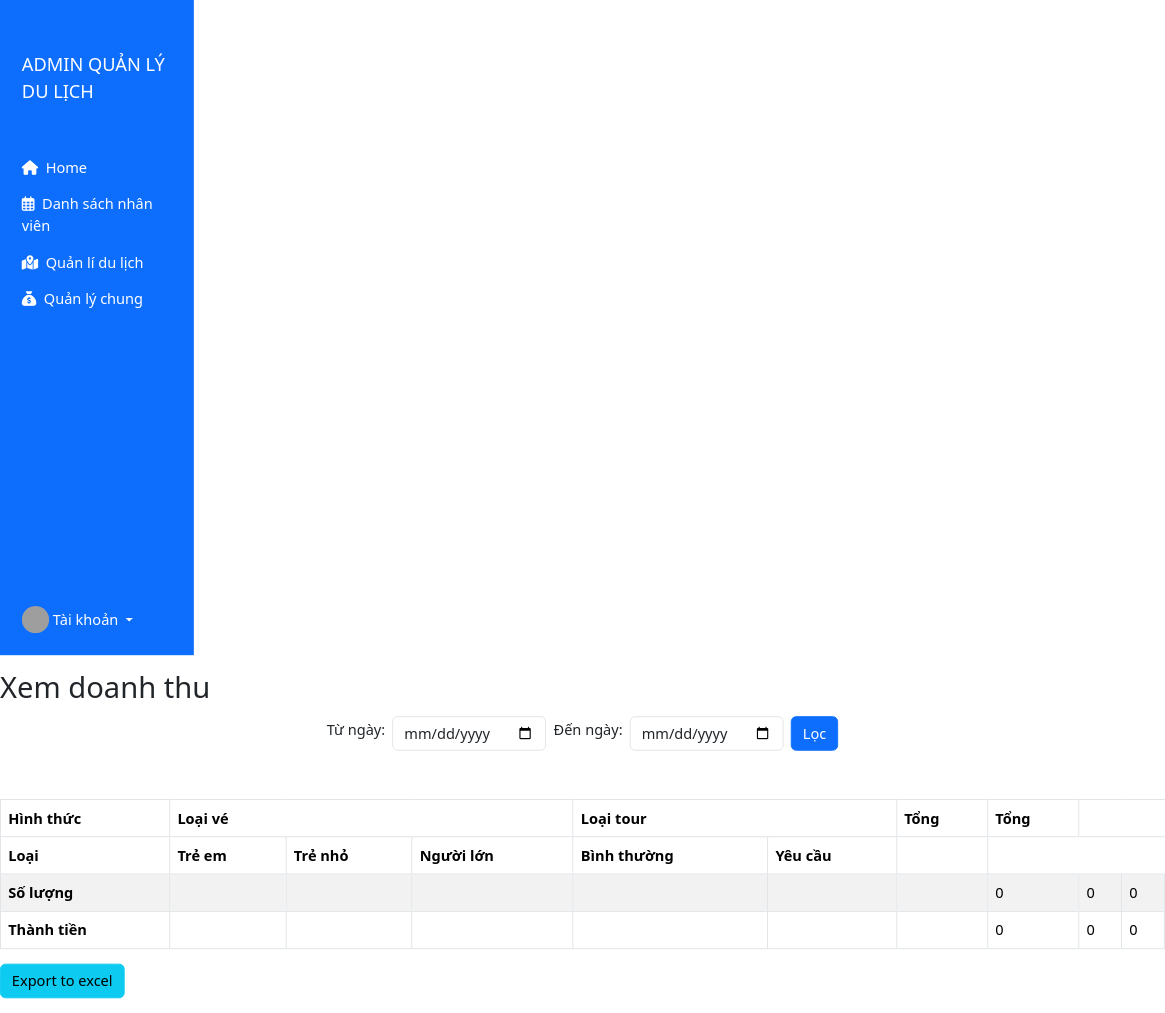
Repository: vantohuu/BOOKINGTOUR
Page: http://localhost/BOOKINGTOUR/WEB-INF/views/doanhthu/doanhthu.jsp
The author's editor kept a copy of each file at every save. The page is drawn from the files as they stood at one save, then again after the next save.
The browser window is 1280 px wide. The pictures show the whole page, at 91% of full size.
Pictures or frames that could not be fetched are drawn as grey boxes. Some web libraries are served in a nearby version. The page is served by Tomcat 9. Nobody is signed in. The template is opened directly, without the code that normally fills it, so the values that code supplies are empty.

Above is the page before, as saved 2023-06-05 21:16:14.
Console error: ReferenceError: $ is not defined

After the next save:
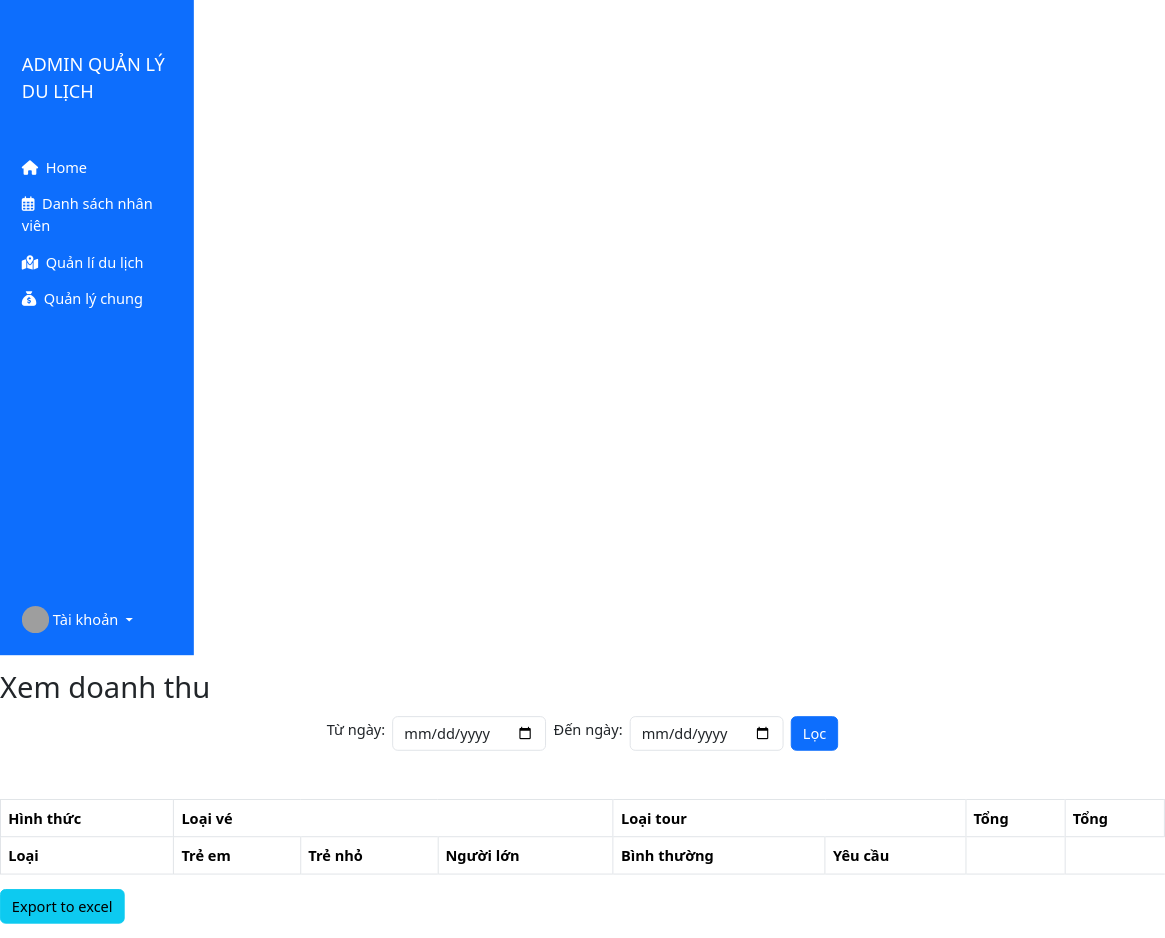
Saved 11 s later.
--- a/BOOKINGTOUR/src/main/webapp/WEB-INF/views/doanhthu/doanhthu.jsp
+++ b/BOOKINGTOUR/src/main/webapp/WEB-INF/views/doanhthu/doanhthu.jsp
@@ -55,7 +55,7 @@
 
 						</tr>
 					</thead>
-					<tbody>
+					<%-- <tbody>
 						<tr>
 							<th scope="row">Số lượng</th>
 							<td>${c_ga_ngay}</td>
@@ -80,7 +80,7 @@
 							<td>${s_ga_ngay + s_ga_dem + s_ga_thang}</td>
 							<td>${s_so_ngay + s_so_dem + s_so_thang + s_ga_ngay + s_ga_dem + s_ga_thang}</td>
 						</tr>
-					</tbody>
+					</tbody> --%>
 				</table>
 				<button id="btnexport" class = "btn btn-info">Export to excel</button>
 				<script>
